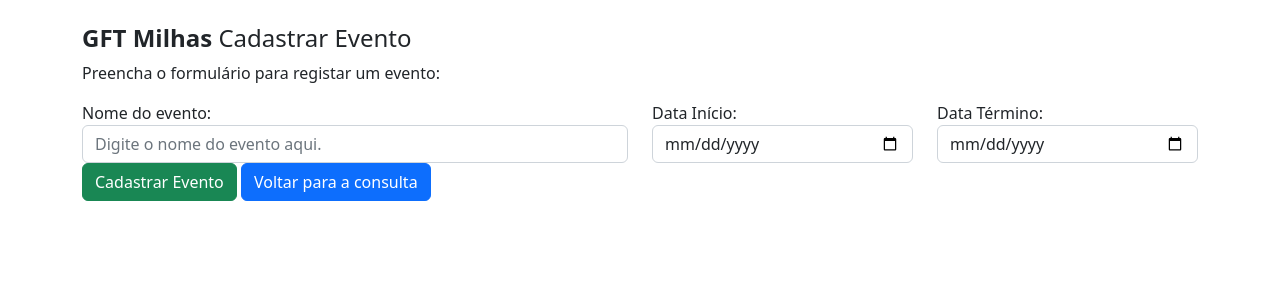
Repository: thamaraamaral/desafio_mvc1
Page: http://localhost/projeto-milhas/WEB-INF/views/eventos-cadastro.jsp
An editor plug-in stored every save of this project. The page is shown before and after the next save, followed by the edit.
The browser window is 1280 px wide. The pictures show the whole page.
The page is served by Tomcat 9. Nobody is signed in. The template is opened directly, without the code that normally fills it, so the values that code supplies are empty.

Above is the page before, as saved 2022-10-27 21:36:14.

After the next save:
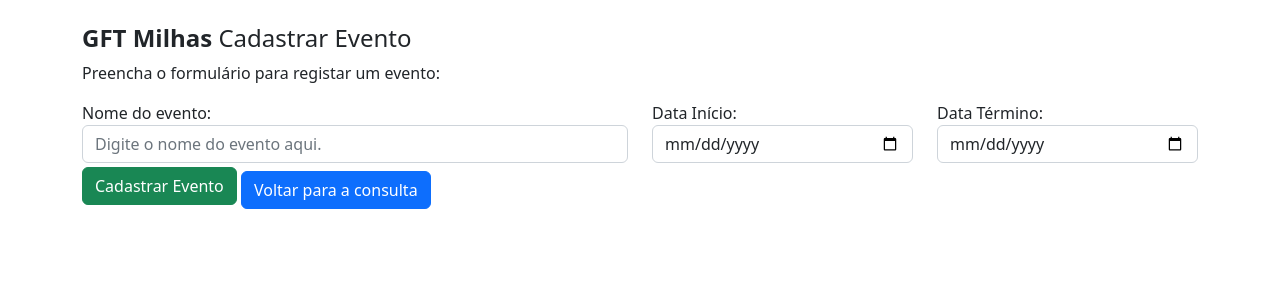
Saved 79 s later.
--- a/projeto-milhas/src/main/webapp/WEB-INF/views/eventos-cadastro.jsp
+++ b/projeto-milhas/src/main/webapp/WEB-INF/views/eventos-cadastro.jsp
@@ -43,7 +43,7 @@
 				<div class="mb-3">
 					<input type="submit" value="Cadastrar Evento" class="btn btn-success">
 
-					<a href="/projeto-milhas/eventos-consulta" class="btn btn-primary">Voltar para a consulta</a>
+					<a href="/projeto-milhas/eventos-consulta" class="btn btn-primary mt-2">Voltar para a consulta</a>
 				</div>
 
 			</div>
